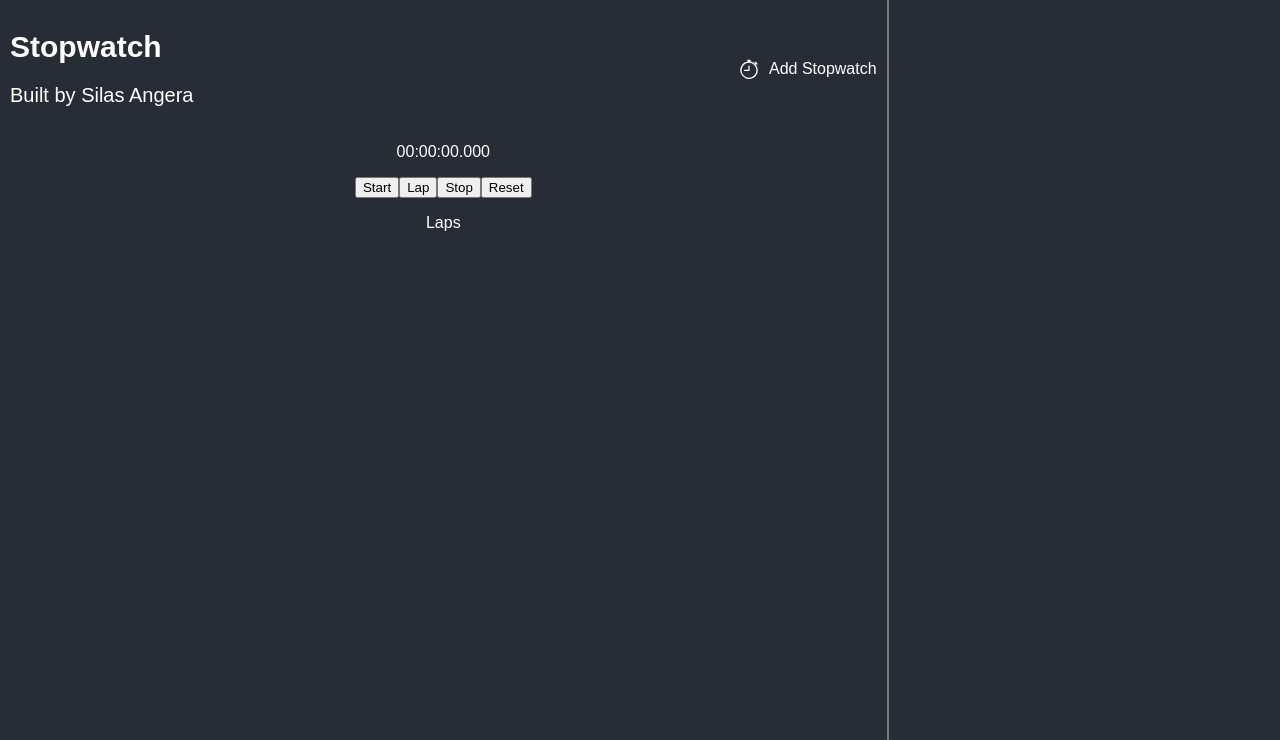
Repository: Angera-Silas/Multiple_stopwatches-app
Page: /
These files come from the project's save history. The page is drawn as it stood at one moment and after the next save; the edit follows.
The browser window is 1280 px wide. The pictures show the whole page.
The project was rebuilt for these pictures with package versions that can differ from the ones it lists, and the page was loaded fresh each time.

Above is the page before, as saved 2023-06-26 14:57:02.

### src/App.js
import './App.css';
import React, { useState, useEffect } from 'react';
import { BsStopwatch } from 'react-icons/bs'

function App() {
  const [stopwatchData, setStopwatchData] = useState([
  { id: 0, name: "Timer 1", time: 0, isRunning: false, lap: [], time_started: 0, pause: [] },
 ])
 const [selectedRow, setSelectedRow] = useState(0)
 useEffect(() => {
  const interval = setInterval(() => {
   setStopwatchData(stopwatchData.map((stopwatch) => {
    if (stopwatch.isRunning) {
     return { ...stopwatch, time: new Date() - stopwatch.time_started - stopwatch.pause.reduce((a, b) => a + b, 0) }
    }
    return stopwatch
   }))
  }, 10)
  return () => clearInterval(interval)
 }, [stopwatchData])

 const handleStart = (id) => {
  setStopwatchData(stopwatchData.map((stopwatch) => {
   if (stopwatch.id === id) {
    return { ...stopwatch, isRunning: true, time_started: new Date() - stopwatch.time - stopwatch.pause.reduce((a, b) => a + b, 0) }
   }
   return stopwatch
  }))
 }

 const handleStop = (id) => {
  setStopwatchData(stopwatchData.map((stopwatch) => {
   if (stopwatch.id === id) {
    return { ...stopwatch, isRunning: false, pause: [...stopwatch.pause, new Date() - stopwatch.time_started - stopwatch.pause.reduce((a, b) => a + b, 0)] }
   }
   return stopwatch
  }))
 }

 const handleReset = (id) => {
  setStopwatchData(stopwatchData.map((stopwatch) => {
   if (stopwatch.id === id) {
    return { ...stopwatch, time: 0, isRunning: false, lap: [] }
   }
   return stopwatch
  }))
 }

 const handleLap = (id) => {
  setStopwatchData(stopwatchData.map((stopwatch) => {
   if (stopwatch.id === id) {
    return { ...stopwatch, lap: [...stopwatch.lap, stopwatch.time] }
   }
   return stopwatch
  }))
 }
 return (
  <div className="App">
   <div className='container'>
    <div className='left'>
      <div style={{ display: "flex", alignItems: "center", flexDirection: "row", justifyContent: "space-between", width: "100%" }}>
      <div style={{ textAlign: "left" }}>
       <h1 style={{ fontWeight: "bold", fontSize: 30 }}>Stopwatch</h1>
       <p style={{ fontWeight: "normal", fontSize: 20 }}>Built by Silas Angera</p>
      </div>
      <div style={{ cursor: "pointer", alignItems: "center", display: "flex", flexDirection: "row", gap: 10 }} onClick={() => setStopwatchData([...stopwatchData, { id: stopwatchData.length, name: `Timer ${stopwatchData.length + 1}`, time: 0, isRunning: false, lap: [], pause: [] }])}>
       <BsStopwatch size={20} color={"white"} />
       <p>Add Stopwatch</p>
      </div>
     </div>

     <p className='main-time-label'>{stopwatchData[selectedRow]?.time > 0 ? new Date(stopwatchData[selectedRow]?.time).toISOString().slice(11, -1) : "00:00:00.000"}</p>
     <div className="main-button-controls">
      <button className={"control-buttons"} onClick={() => handleStart(stopwatchData[selectedRow].id)}>Start</button>
      <button className={"control-buttons"} onClick={() => handleLap(stopwatchData[selectedRow].id)}>Lap</button>
      <button className={"control-buttons"} onClick={() => handleStop(stopwatchData[selectedRow].id)}>Stop</button>
      <button className={"control-buttons"} onClick={() => handleReset(stopwatchData[selectedRow].id)}>Reset</button>
     </div>
     <p className='lap-label'>Laps</p>
     <div className='lap-container'>
      {stopwatchData[selectedRow]?.lap.length > 0 && stopwatchData[selectedRow]?.lap.map((lap, index) => (
       <div style={{ display: "flex", justifyContent: "space-between", width: "500px" }}>
        <p>Lap {index + 1}</p>
        <p className='lap-time-label' key={index}>{new Date(lap).toISOString().slice(11, -1)}</p>
       </div>
      ))}
     </div>
    </div>
    <div className='right'>

    </div>
   </div>
  </div>
 );
}

export default App;

### src/App.css
.App {
 text-align: center;
 max-width: 100vw;
 max-height: 100vh;
}

.container {
 display: flex;
 flex-direction: row;
 align-items: center;
 justify-content: center;
 width: 100%;
 height: 100%;
 background-color: #282c34;
 color: white;
 font-family: sans-serif;
}

.left {
 display: flex;
 flex-direction: column;
 width: 70%;
 height: 100vh;
 background-color: #282c34;
 color: white;
 font-family: sans-serif;
 justify-content: flex-start;
 padding: 10px;
 align-items: center;
}

.right {
 display: flex;
 flex-direction: column;
 width: 30%;
 height: 100vh;
 background-color: #282c34;
 color: white;
 font-family: sans-serif;
 border-left: 2px solid #777;
 padding: 10px;
 overflow-y: scroll;
}

Loaded but not shown: public/index.html (common file); src/index.js (common file); src/index.css (common file); src/reportWebVitals.js (common file)

After the next save:
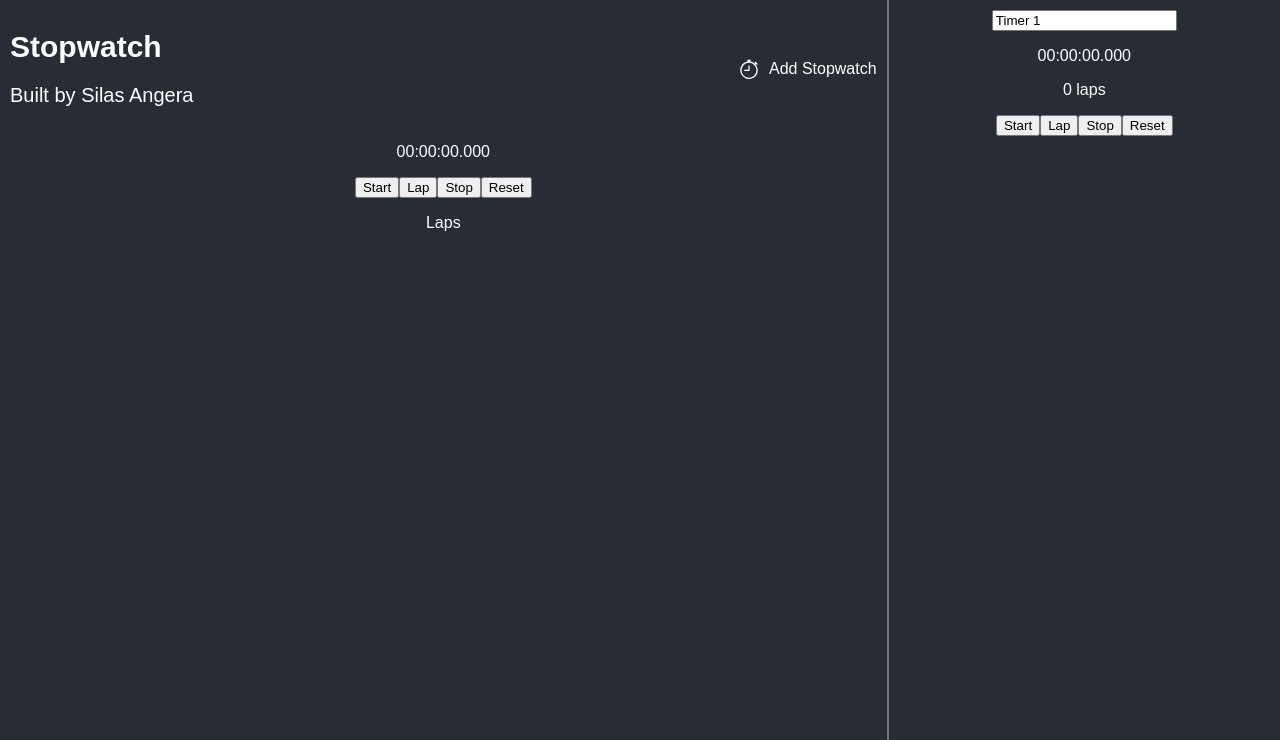
Saved 76 s later.
--- a/src/App.js
+++ b/src/App.js
@@ -87,7 +87,32 @@ function App() {
      </div>
     </div>
     <div className='right'>
-
+      {stopwatchData.map((stopwatch) => (
+      <div className="stopwatchContainer" key={stopwatch.id} style={{ cursor: "pointer" }} onClick={() => {
+       setSelectedRow(stopwatch.id)
+      }}>
+       <div className="stopwatchName">
+        <input className='name-label' value={stopwatch.name} onChange={(e) => {
+         setStopwatchData(stopwatchData.map((stopwatchItem) => {
+          if (stopwatchItem.id === stopwatch.id) {
+           return { ...stopwatchItem, name: e.target.value }
+          }
+          return stopwatchItem
+         }))
+        }} />
+       </div>
+       <div className="stopwatchTime">
+        <p className='time-label'>{new Date(stopwatch.time).toISOString().slice(11, -1)}</p>
+        <p>{stopwatch.lap.length} laps</p>
+       </div>
+       <div className="stopwatchButtons">
+        <button className={"control-buttons"} onClick={() => handleStart(stopwatch.id)}>Start</button>
+        <button className={"control-buttons"} onClick={() => handleLap(stopwatch.id)}>Lap</button>
+        <button className={"control-buttons"} onClick={() => handleStop(stopwatch.id)}>Stop</button>
+        <button className={"control-buttons"} onClick={() => handleReset(stopwatch.id)}>Reset</button>
+       </div>
+      </div>
+     ))}
     </div>
    </div>
   </div>
